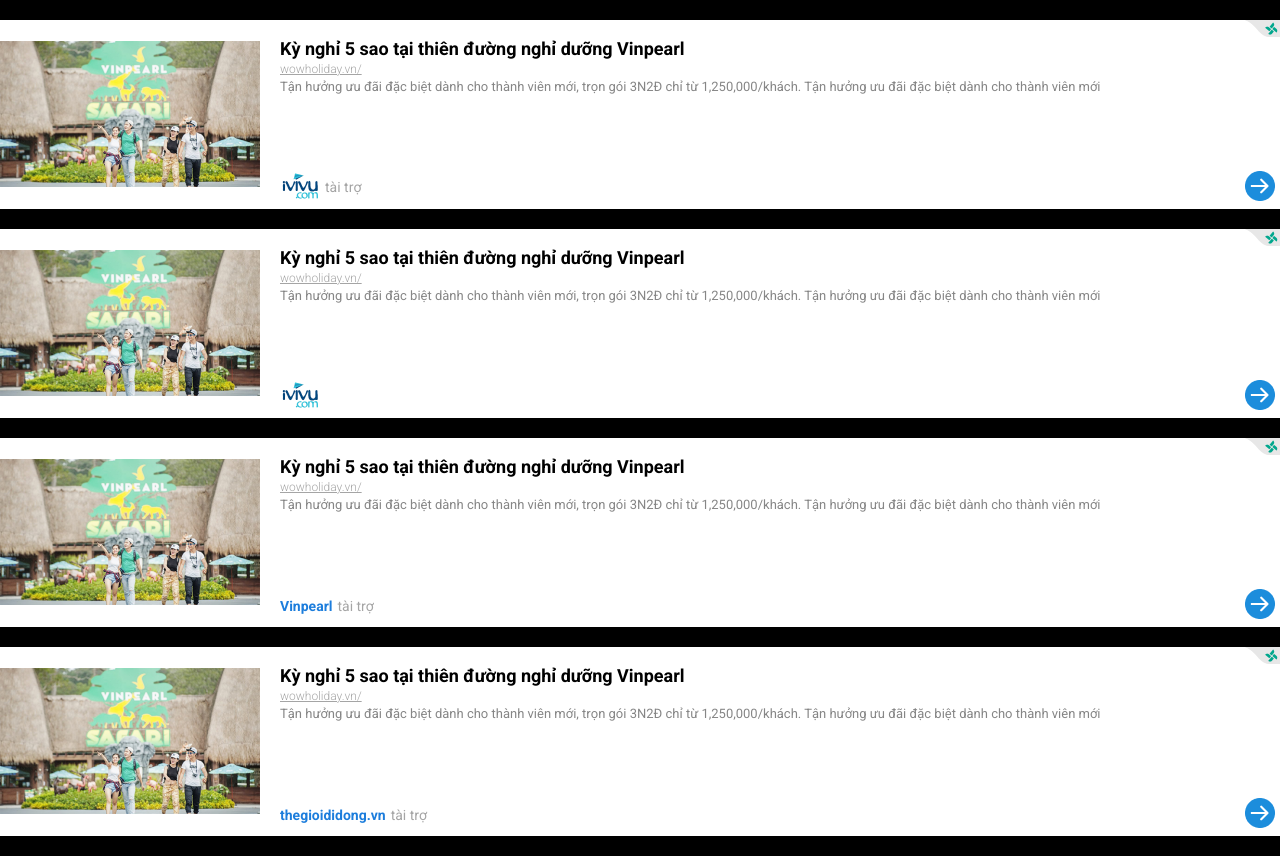
Repository: cuongnguyen1116/Cut-Template
Page: article-card/index.html
The author's editor kept a copy of each file at every save. The page is drawn from the files as they stood at one save, then again after the next save.
The browser window is 1280 px wide. The pictures show the whole page.
The style sheet was rebuilt from its Sass, Less or Tailwind sources for each picture, by a compiler version that may differ from the author's.

Above is the page before, as saved 2023-07-20 17:44:28.

### article-card/index.html
<!DOCTYPE html>
<html lang="en">
  <head>
    <meta charset="UTF-8" />
    <meta name="viewport" content="width=device-width, initial-scale=1.0" />
    <title>Document</title>
    <link rel="stylesheet" href="./dist/css/style.css" />
    <script src="./dist/js/script.js"></script>
  </head>
  <body>
    <div id="box1" class="card">
      <div class="adxLogo">
        <img src="./image/adxlogo-2.png" alt="" />
      </div>
      <div class="card__image">
        <img src="./image/article-img.png" alt="" />
      </div>
      <div class="card__content">
        <div class="card__body">
          <h3 class="card__body--title">
            Kỳ nghỉ 5 sao tại thiên đường nghỉ dưỡng Vinpearl
          </h3>
          <a href="#" class="card__body--link">wowholiday.vn/</a>
          <p class="card__body--description">
            Tận hưởng ưu đãi đặc biệt dành cho thành viên mới, trọn gói 3N2Đ chỉ
            từ 1,250,000/khách. Tận hưởng ưu đãi đặc biệt dành cho thành viên
            mới
          </p>
        </div>
        <div class="card__footer">
          <div class="card__footer--left">
            <img src="./image/sponsor-logo.png" alt="Sponsor Logo" />
            <p class="card__footer--text">tài trợ</p>
          </div>
          <div class="card__footer--right">
            <img src="./image/goto-btn.png" alt="" class="card__footer--goto" />
          </div>
        </div>
      </div>
    </div>
    <div id="box2" class="card">
      <div class="adxLogo">
        <img src="./image/adxlogo-2.png" alt="" />
      </div>
      <div class="card__image">
        <img src="./image/article-img.png" alt="" />
      </div>
      <div class="card__content">
        <div class="card__body">
          <h3 class="card__body--title">
            Kỳ nghỉ 5 sao tại thiên đường nghỉ dưỡng Vinpearl
          </h3>
          <a href="#" class="card__body--link">wowholiday.vn/</a>
          <p class="card__body--description">
            Tận hưởng ưu đãi đặc biệt dành cho thành viên mới, trọn gói 3N2Đ chỉ
            từ 1,250,000/khách. Tận hưởng ưu đãi đặc biệt dành cho thành viên
            mới
          </p>
        </div>
        <div class="card__footer">
          <div class="card__footer--left">
            <img src="./image/sponsor-logo.png" alt="Sponsor Logo" />
          </div>
          <div class="card__footer--right">
            <img src="./image/goto-btn.png" alt="" class="card__footer--goto" />
          </div>
        </div>
      </div>
    </div>

    <div id="box3" class="card">
      <div class="adxLogo">
        <img src="./image/adxlogo-2.png" alt="" />
      </div>
      <div class="card__image">
        <img src="./image/article-img.png" alt="" />
      </div>
      <div class="card__content">
        <div class="card__body">
          <h3 class="card__body--title">
            Kỳ nghỉ 5 sao tại thiên đường nghỉ dưỡng Vinpearl
          </h3>
          <a href="#" class="card__body--link">wowholiday.vn/</a>
          <p class="card__body--description">
            Tận hưởng ưu đãi đặc biệt dành cho thành viên mới, trọn gói 3N2Đ chỉ
            từ 1,250,000/khách. Tận hưởng ưu đãi đặc biệt dành cho thành viên
            mới
          </p>
        </div>
        <div class="card__footer">
          <div class="card__footer--left">
            <p class="card__footer--sponsor-name">Vinpearl</p>
            <p class="card__footer--text">tài trợ</p>
          </div>
          <div class="card__footer--right">
            <img src="./image/goto-btn.png" alt="" class="card__footer--goto" />
          </div>
        </div>
      </div>
    </div>
    <div id="box4" class="card">
      <div class="adxLogo">
        <img src="./image/adxlogo-2.png" alt="" />
      </div>
      <div class="card__image">
        <img src="./image/article-img.png" alt="" />
      </div>
      <div class="card__content">
        <div class="card__body">
          <h3 class="card__body--title">
            Kỳ nghỉ 5 sao tại thiên đường nghỉ dưỡng Vinpearl
          </h3>
          <a href="#" class="card__body--link">wowholiday.vn/</a>
          <p class="card__body--description">
            Tận hưởng ưu đãi đặc biệt dành cho thành viên mới, trọn gói 3N2Đ chỉ
            từ 1,250,000/khách. Tận hưởng ưu đãi đặc biệt dành cho thành viên
            mới
          </p>
        </div>
        <div class="card__footer">
          <div class="card__footer--left">
            <p class="card__footer--sponsor-name">thegioididong.vn</p>
            <p class="card__footer--text">tài trợ</p>
          </div>
          <div class="card__footer--right">
            <img src="./image/goto-btn.png" alt="" class="card__footer--goto" />
          </div>
        </div>
      </div>
    </div>
  </body>
</html>

### article-card/dist/js/script.js

//# sourceMappingURL=script.js.map

### article-card/src/scss/style.scss
@use "./base";
@use "./components";

body {
  background-color: black;
}

### article-card/src/scss/base/_index.scss
@forward "./reset";

### article-card/src/scss/base/_reset.scss
/* http://meyerweb.com/eric/tools/css/reset/
   v5.0.1 | 20191019
   License: none (public domain)
*/

html,
body,
div,
span,
applet,
object,
iframe,
h1,
h2,
h3,
h4,
h5,
h6,
p,
blockquote,
pre,
a,
abbr,
acronym,
address,
big,
cite,
code,
del,
dfn,
em,
img,
ins,
kbd,
q,
s,
samp,
small,
strike,
strong,
sub,
sup,
tt,
var,
b,
u,
i,
center,
dl,
dt,
dd,
menu,
ol,
ul,
li,
fieldset,
form,
label,
legend,
table,
caption,
tbody,
tfoot,
thead,
tr,
th,
td,
article,
aside,
canvas,
details,
embed,
figure,
figcaption,
footer,
header,
hgroup,
main,
menu,
nav,
output,
ruby,
section,
summary,
time,
mark,
audio,
video {
  margin: 0;
  padding: 0;
  border: 0;
  font-size: 100%;
  font: inherit;
  vertical-align: baseline;
}
/* HTML5 display-role reset for older browsers */
article,
aside,
details,
figcaption,
figure,
footer,
header,
hgroup,
main,
menu,
nav,
section {
  display: block;
}
/* HTML5 hidden-attribute fix for newer browsers */
*[hidden] {
  display: none;
}
body {
  line-height: 1;
}
menu,
ol,
ul {
  list-style: none;
}
blockquote,
q {
  quotes: none;
}
blockquote:before,
blockquote:after,
q:before,
q:after {
  content: "";
  content: none;
}
table {
  border-collapse: collapse;
  border-spacing: 0;
}

### article-card/src/scss/components/_index.scss
@forward "./adx_card.scss";

### article-card/src/scss/components/adx_card.scss
@use "../abstracts" as *;

.adxLogo {
  display: block;
  position: absolute;
  right: 0;
}

.card {
  height: 189px;
  display: flex;
  position: relative;
  margin: 20px 0;
  background-color: white;

  &__image {
    padding: 21px 0;
    padding-right: 20px;
  }

  &__content {
    flex-grow: 1;
    display: flex;
    flex-direction: column;
    justify-content: space-between;
    padding-right: 5px;
    padding-bottom: 5px;
  }

  &__body {
    margin-top: 17px;

    &--title {
      @include customizeText(18px, 700, 23px);
      overflow: hidden;
      text-overflow: ellipsis;
      display: -webkit-box;
      -webkit-line-clamp: 2;
      -webkit-box-orient: vertical;
    }

    &--link {
      @include customizeText(12px, 300, 18px, #a5a5a5);
    }

    &--description {
      @include customizeText(13px, 400, 18px, #868686);
      overflow: hidden;
      text-overflow: ellipsis;
      display: -webkit-box;
      -webkit-line-clamp: 2;
      -webkit-box-orient: vertical;
    }
  }

  &__footer {
    margin-top: auto;
    display: flex;
    justify-content: space-between;
    align-items: center;

    &--left {
      display: flex;

      & > *:not(:last-child) {
        margin-right: 5px;
      }
    }

    &--sponsor-name {
      @include customizeText(14px, 700, 18px, #1c7ddc);
    }

    &--text {
      align-self: center;
      @include customizeText(14px, 400, 18px, #a5a5a5);
    }

    &--goto {
      height: 30px;
      width: 30px;
    }
  }
}

### article-card/src/scss/abstracts/_index.scss
@forward "./fonts";
@forward "./mixins";

### article-card/src/scss/abstracts/_fonts.scss
@import url("https://fonts.googleapis.com/css2?family=Roboto:wght@300;400;700&display=swap");

body {
  font-family: "Roboto", sans-serif;
}

### article-card/src/scss/abstracts/_mixins.scss
@mixin customizeText(
  $f-size: initial,
  $f-weight: initial,
  $lineheight: initial,
  $color: initial
) {
  font-size: $f-size;
  font-weight: $f-weight;
  line-height: $lineheight;
  color: $color;
}

@mixin size($height, $width: $height) {
  height: $height;
  width: $width;
}

After the next save:
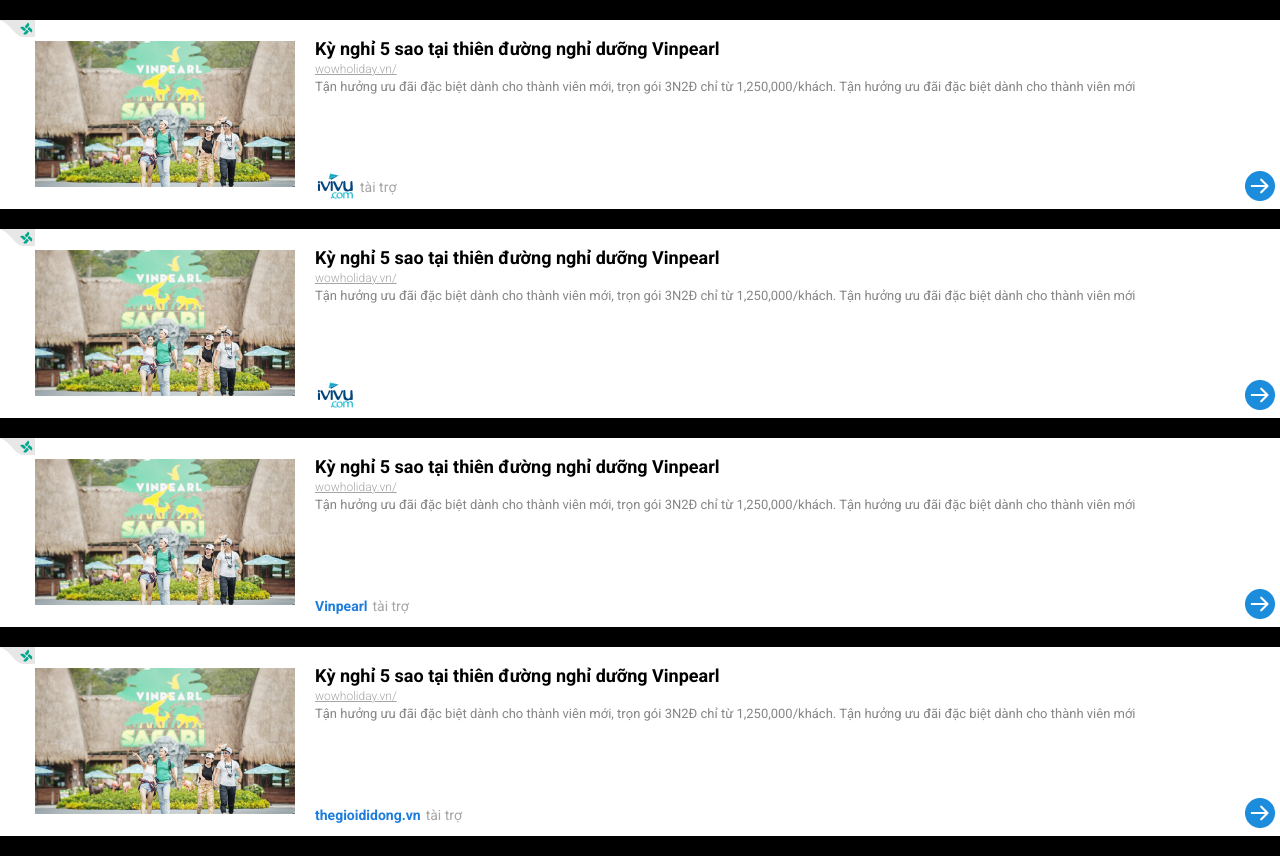
Saved 8 s later.
--- a/article-card/src/scss/components/adx_card.scss
+++ b/article-card/src/scss/components/adx_card.scss
@@ -1,9 +1,6 @@
 @use "../abstracts" as *;
 
 .adxLogo {
-  display: block;
-  position: absolute;
-  right: 0;
 }
 
 .card {

After the save that followed:
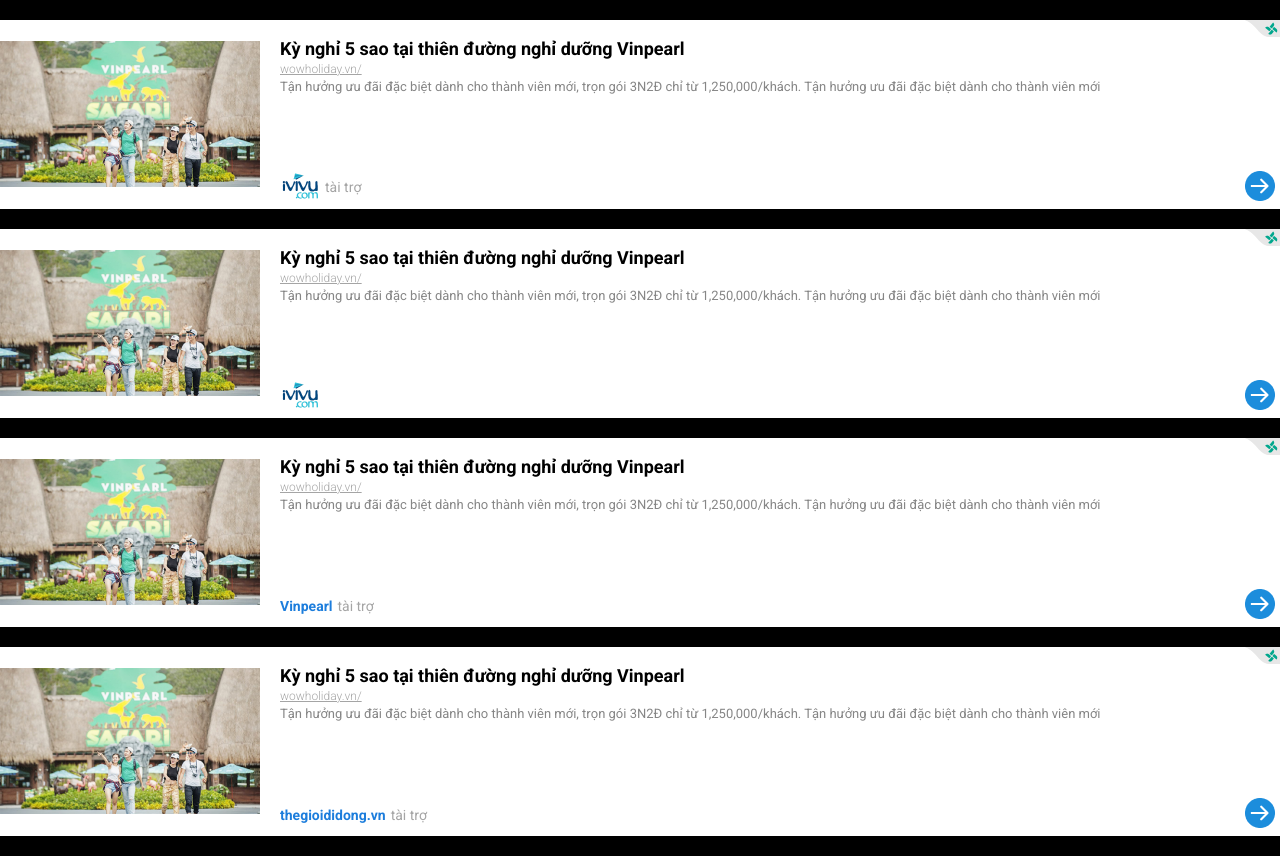
Saved 11 s later.
--- a/article-card/src/scss/components/adx_card.scss
+++ b/article-card/src/scss/components/adx_card.scss
@@ -1,6 +1,9 @@
 @use "../abstracts" as *;
 
 .adxLogo {
+  display: block;
+  position: absolute;
+  right: 0;
 }
 
 .card {
